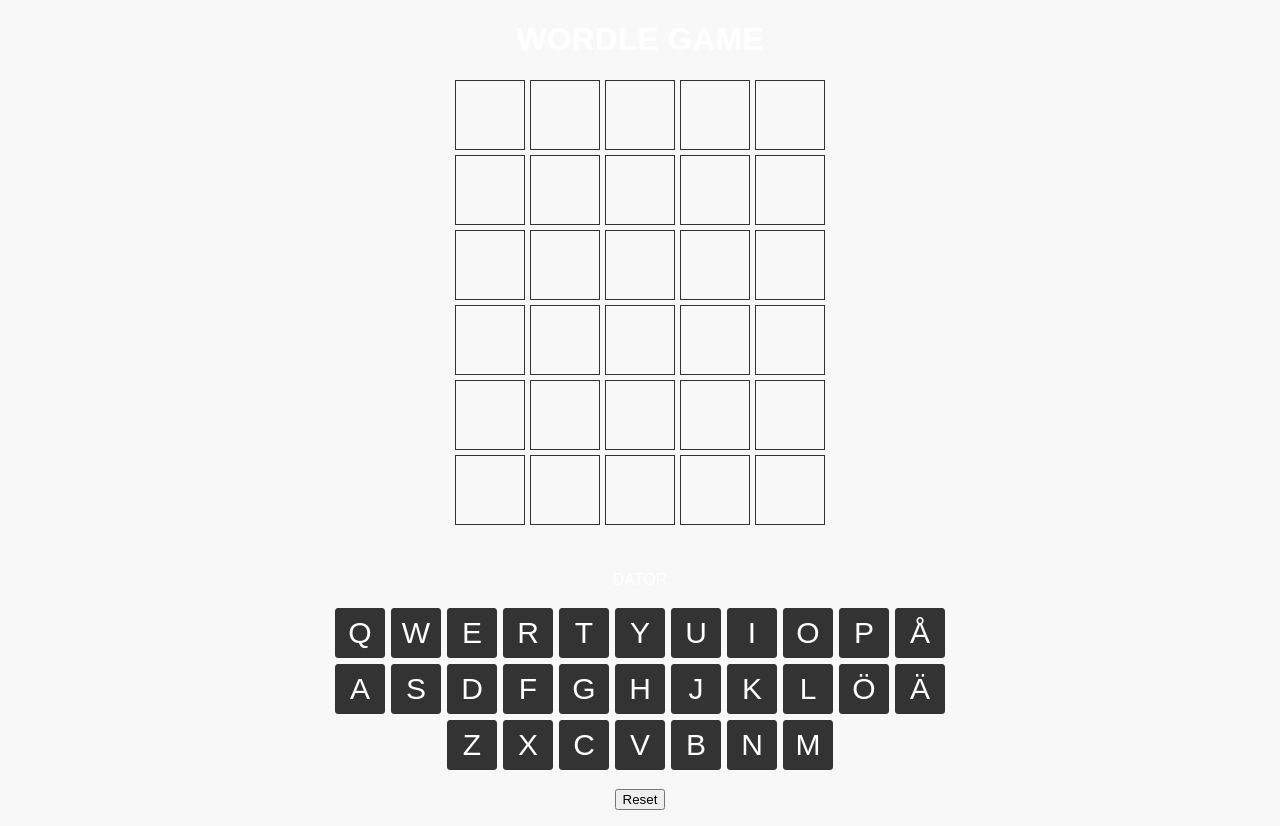
Repository: KarimIsaac/WorldeGame
Page: index.html
These files come from the project's save history. The page is drawn as it stood at one moment and after the next save; the edit follows.
The browser window is 1280 px wide. The pictures show the whole page.

Above is the page before, as saved 2022-03-13 07:03:05.

After the next save:
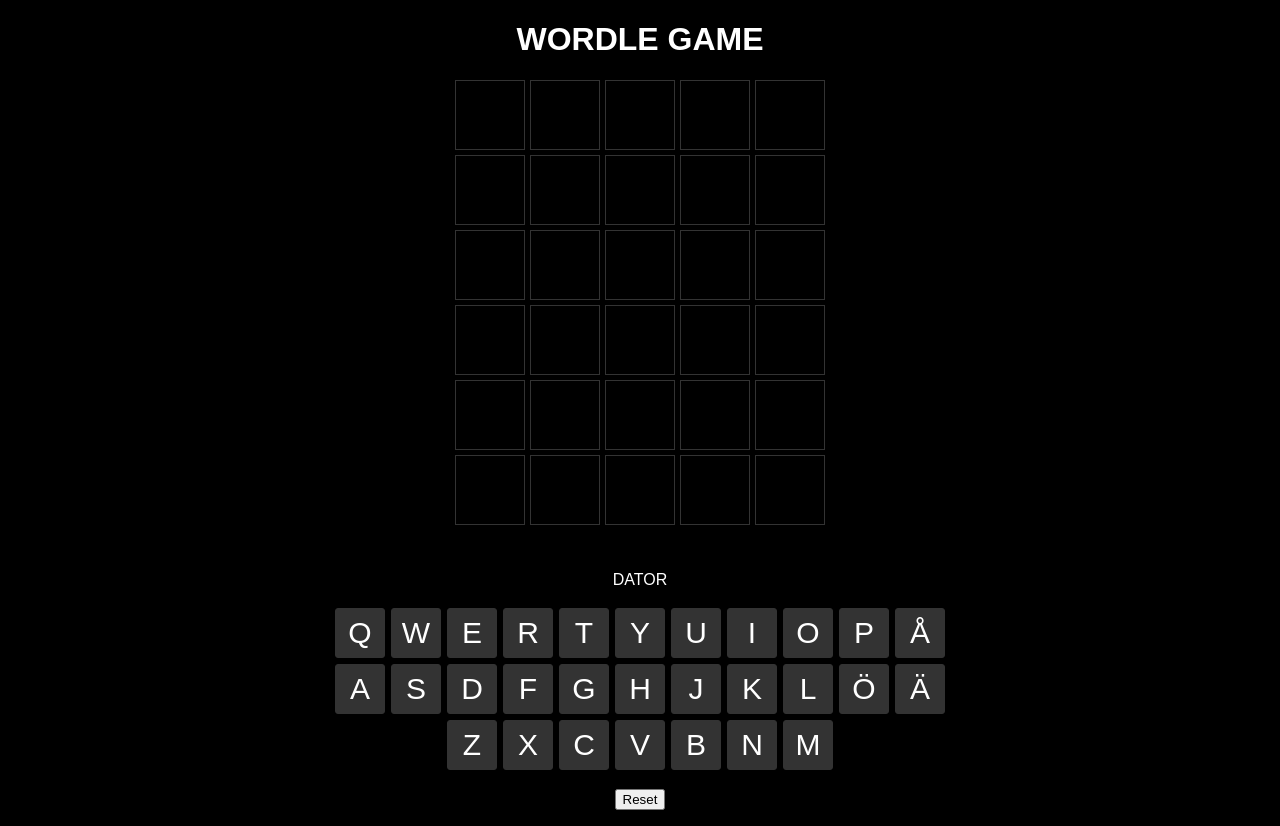
Saved 11 s later.
--- a/style.css
+++ b/style.css
@@ -1,7 +1,7 @@
 html,
 body {
   text-align: center;
-  background: rgb(248, 248, 248);
+  background: rgb(0, 0, 0);
   color: white;
   text-transform: uppercase;
   font-family: sans-serif;
